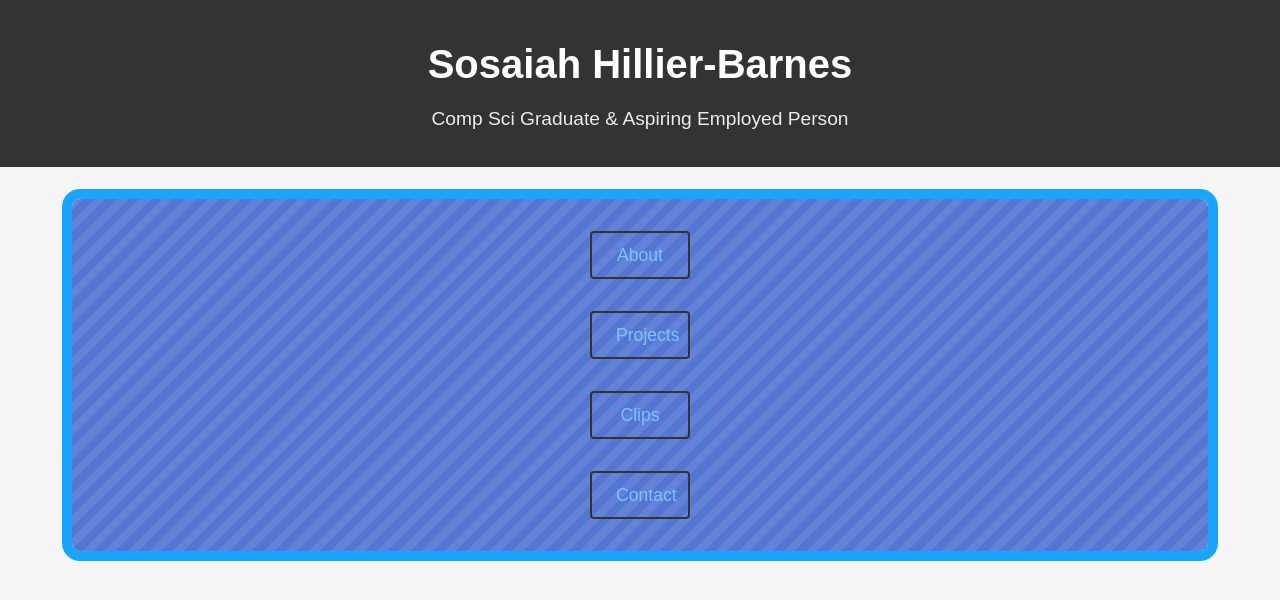
Repository: Hillier-Barnes/PortfolioWebsiteNew
Page: /
An editor plug-in stored every save of this project. The page is shown before and after the next save, followed by the edit.
The browser window is 1280 px wide. The pictures show the whole page.
The project was rebuilt for these pictures with package versions that can differ from the ones it lists, and the page was loaded fresh each time. Also part of the build but not shown: vite.config.js.

Above is the page before, as saved 2025-11-12 14:41:08.

After the next save:
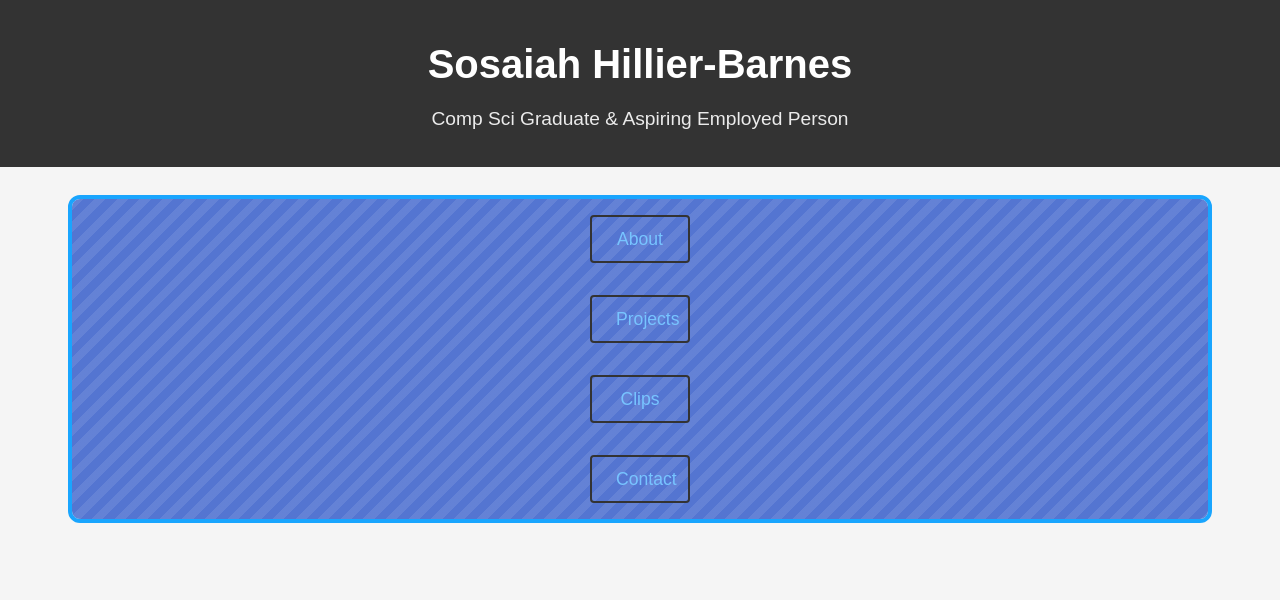
Saved 13 s later.
--- a/styles.css
+++ b/styles.css
@@ -43,7 +43,7 @@
   flex-direction: column;
   align-items: center;
   gap: 2rem;
-  padding: 2rem;
+  padding: 1rem 0.5rem;
   background-color: rgba(18, 65, 195, 0.704);
   background-image: repeating-linear-gradient(
     135deg,
@@ -53,7 +53,7 @@
     transparent 16px
   );
   border-radius: 8px;
-  outline: 10px solid rgba(11, 161, 255, 0.936);
+  outline: 4px solid rgba(11, 161, 255, 0.936);
 }
 
 
